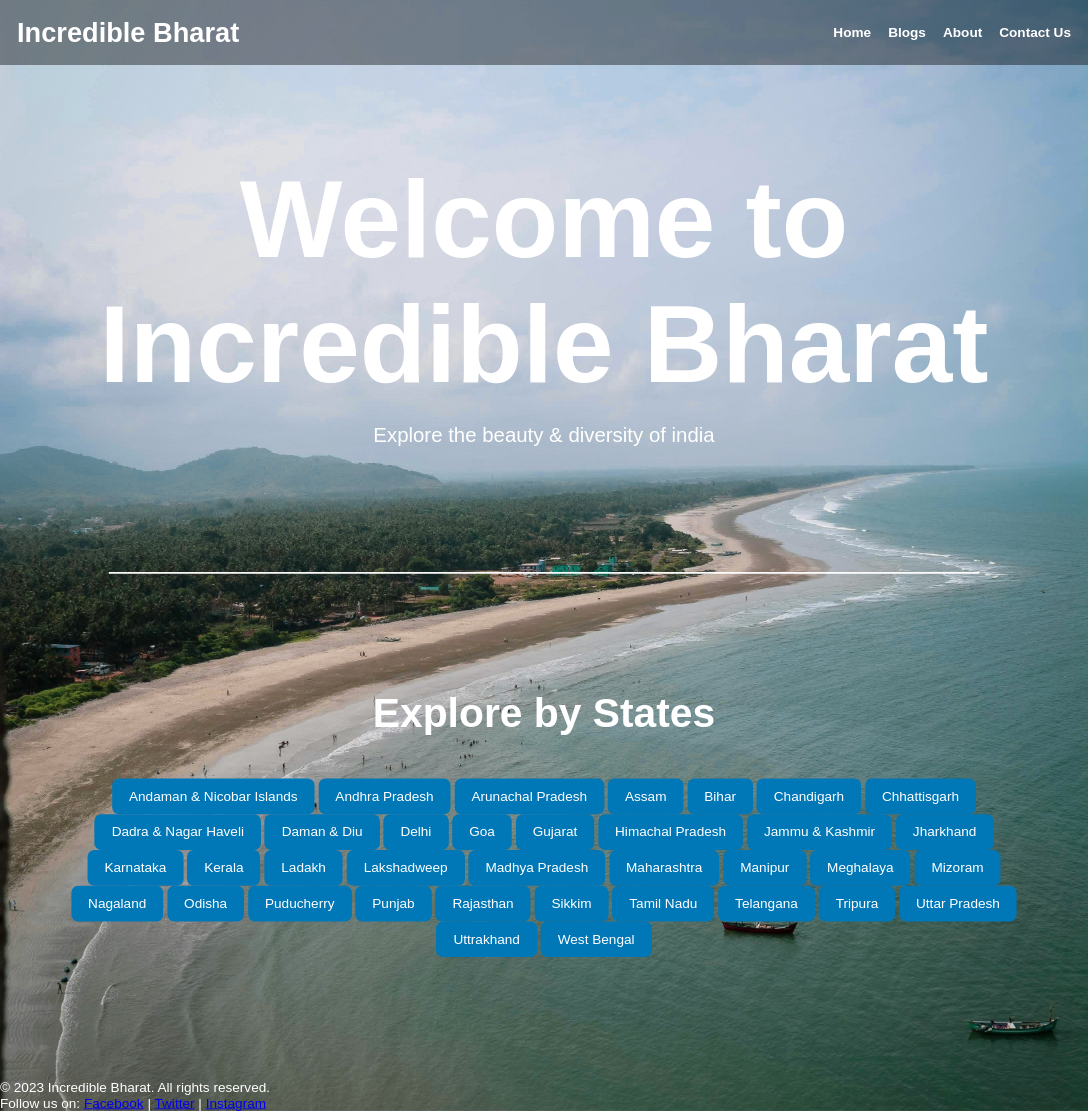
Repository: jaidhiman111/incrediblebharat
Page: index.html
The author's editor kept a copy of each file at every save. The page is drawn from the files as they stood at one save, then again after the next save.
The browser window is 1280 px wide. The pictures show the whole page, at 85% of full size.

Above is the page before, as saved 2025-04-30 22:28:59.

### index.html
<!DOCTYPE html>
<html lang="en">
<head>
    <meta charset="UTF-8">
    <link rel="stylesheet" href="/assets/style.css">
    <meta name="viewport" content="width=device-width, initial-scale=1.0">
    <title>Document</title>
</head>
<body>
    <!-- This is the header of the page. -->
    <header class="header">
        <div class="logo">
            <h1>Incredible Bharat</h1>
        </div>
        <div class="nav">
            <nav>
                <ul>
                    <li>
                        <a href="#">Home</a>
                        <a href="#">Blogs</a>
                        <a href="#">About</a>
                        <a href="#">Contact Us</a>
                    </li>
                </ul>
            </nav>
        </div>
    </header>
    <!-- This is the main content of the page. -->
     <main class="main-container">
        <section class="hero-section">
            <h2>Welcome to Incredible Bharat</h2>
            <a href="#">Explore the beauty & diversity of india</a>
        </section>
        <hr>
        <section class="state-section">
        <div>
            <h2>Explore by States</h2>
        </div>
        <div class="state-button">
            <button type="button"><a href="#">Andaman & Nicobar Islands</a></button>
            <button type="button"><a href="#">Andhra Pradesh</a></button>
            <button type="button"><a href="#">Arunachal Pradesh</a></button>
            <button type="button"><a href="#">Assam</a></button>
            <button type="button"><a href="#">Bihar</a></button>
            <button type="button"><a href="#">Chandigarh</a></button>
            <button type="button"><a href="#">Chhattisgarh</a></button>
            <button type="button"><a href="#">Dadra & Nagar Haveli</a></button>
            <button type="button"><a href="#">Daman & Diu</a></button>
            <button type="button"><a href="#">Delhi</a></button>
            <button type="button"><a href="#">Goa</a></button>
            <button type="button"><a href="#">Gujarat</a></button>
            <button type="button"><a href="#">Himachal Pradesh</a></button>
            <button type="button"><a href="#">Jammu & Kashmir</a></button>
            <button type="button"><a href="#">Jharkhand</a></button>
            <button type="button"><a href="#">Karnataka</a></button>
            <button type="button"><a href="#">Kerala</a></button>
            <button type="button"><a href="#">Ladakh</a></button>
            <button type="button"><a href="#">Lakshadweep</a></button>
            <button type="button"><a href="#">Madhya Pradesh</a></button>
            <button type="button"><a href="#">Maharashtra</a></button>
            <button type="button"><a href="#">Manipur</a></button>
            <button type="button"><a href="#">Meghalaya</a></button>
            <button type="button"><a href="#">Mizoram</a></button>
            <button type="button"><a href="#">Nagaland</a></button>
            <button type="button"><a href="#">Odisha</a></button>
            <button type="button"><a href="#">Puducherry</a></button>
            <button type="button"><a href="#">Punjab</a></button>
            <button type="button"><a href="#">Rajasthan</a></button>
            <button type="button"><a href="#">Sikkim</a></button>
            <button type="button"><a href="#">Tamil Nadu</a></button>
            <button type="button"><a href="#">Telangana</a></button>
            <button type="button"><a href="#">Tripura</a></button>
            <button type="button"><a href="#">Uttar Pradesh</a></button>
            <button type="button"><a href="#">Uttrakhand</a></button>
            <button type="button"><a href="#">West Bengal</a></button>
            </div>
        </section>
     </main>
     <!-- This is the footer of the page. -->
      <footer class="footer">
        <div>
            <p>&copy; 2023 Incredible Bharat. All rights reserved.</p>
            <p>Follow us on:
                <a href="#">Facebook</a> |
                <a href="#">Twitter</a> |
                <a href="#">Instagram</a>
        </div>
      </footer>
</body>
</html>

### assets/style.css
* {
    box-sizing: border-box;
    margin: 0;
    padding: 0;
}

body {
    font-family: Arial, sans-serif;
    background-image: url('/media/bg-cover.jpg');
    background-size: cover;
    background-repeat: no-repeat;
    background-position: center;
    color: #fff;
}

/* This is for header */
.header {
    background-color: rgba(0, 0, 0, 0.4);
    display: flex;
    justify-content: space-between;
    align-items: center;
    padding: 20px;
    position: sticky;
    top: 0;
    text-align: center;
}

li {
    list-style: none;
    display: flex;
    gap: 20px;
}

li a {
    text-decoration: none;
    color: #fff;
    font-weight: bold;
}

a:hover {
    color: #ff6347;
}

/* This is for section */
.hero-section {
    display: flex;
    flex-direction: column;    /* stack items vertically */
    justify-content: center;   /* center vertically */
    align-items: center;       /* center horizontally */
    height: 80vh;
    text-align: center;
}

.hero-section h2 {
    font-size: 8rem;
    margin-bottom: 20px;
}

.hero-section a {
    text-decoration: none;
    color: #fff;
    font-size: 1.5rem;
    margin-bottom: 20px;
}

.hero-section a:hover {
    color: #fff;
    text-decoration: underline;
    transform: scale(1.1);
    transition: transform 0.3s ease-in-out;
}

hr {
    width: 80%;
    margin: 20px auto;
    border: 1px solid #fff;
}

.state-section {
    display: flex;
    flex-direction: column;    /* stack items vertically */
    justify-content: center;
    align-items: center;
    height: 80vh;
    text-align: center;
}

.state-section h2 {
    font-size: 3rem;
    margin-bottom: 20px;
}

.state-button {
    padding: 30px;
    max-width: 1200px;
    margin: 0 auto;
  }

  .state-button button {
    background-color: #0077b6;  /* Soft blue */
    border: none;
    border-radius: 8px;
    padding: 12px 20px;
    cursor: pointer;
    transition: background-color 0.3s ease;
    font-size: 16px;
    font-weight: 500;
  }

  .state-button button a {
    color: #ffffff;
    text-decoration: none;
    display: block;
    width: 100%;
    height: 100%;
  }

  .state-button button:hover {
    background-color: #023e8a; /* Darker blue on hover */
  }

After the next save:
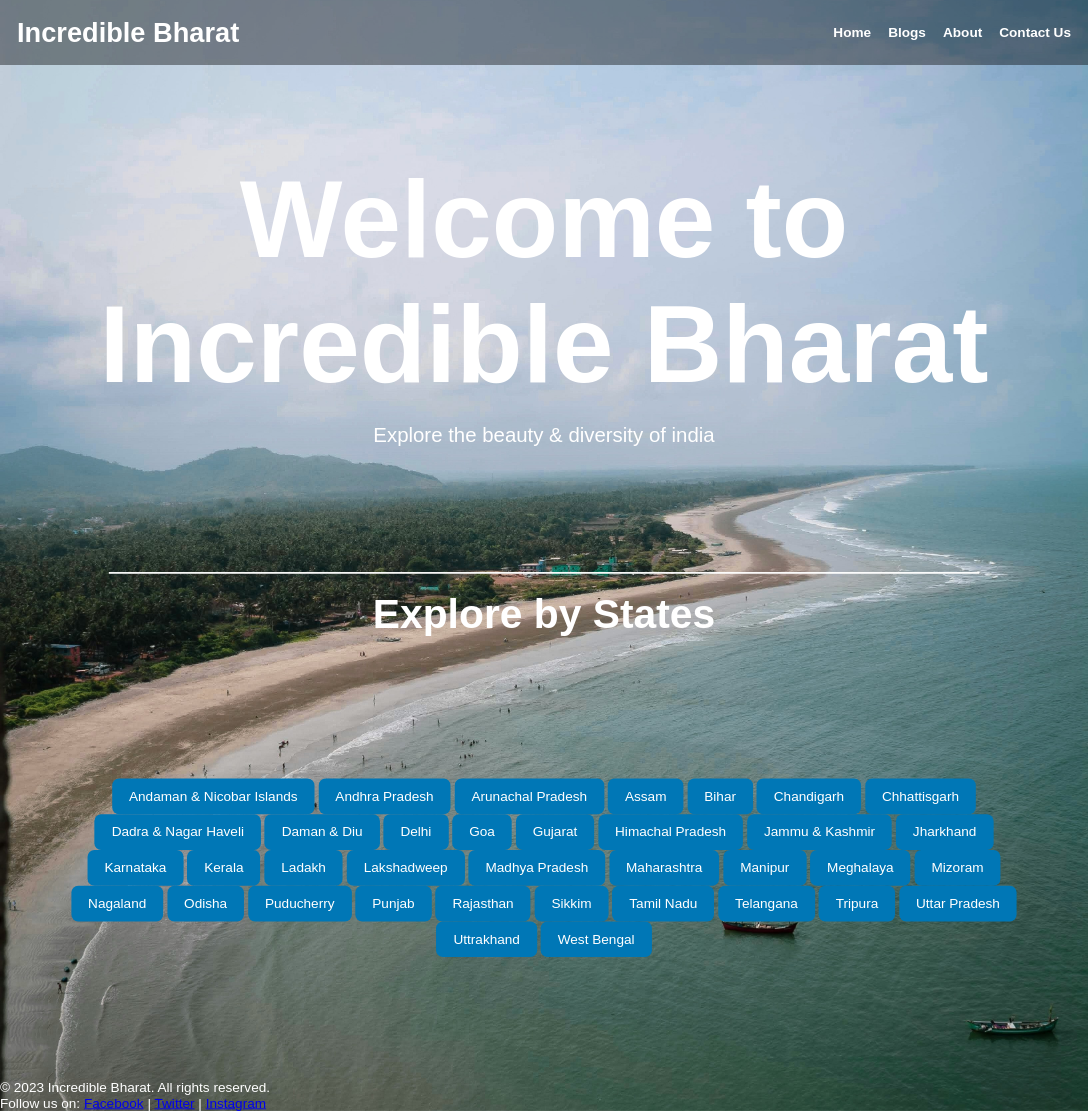
Saved 9 s later.
--- a/assets/style.css
+++ b/assets/style.css
@@ -93,7 +93,7 @@
 .state-button {
     padding: 30px;
     max-width: 1200px;
-    margin: 0 auto;
+    margin: auto;
   }
 
   .state-button button {

After the save that followed:
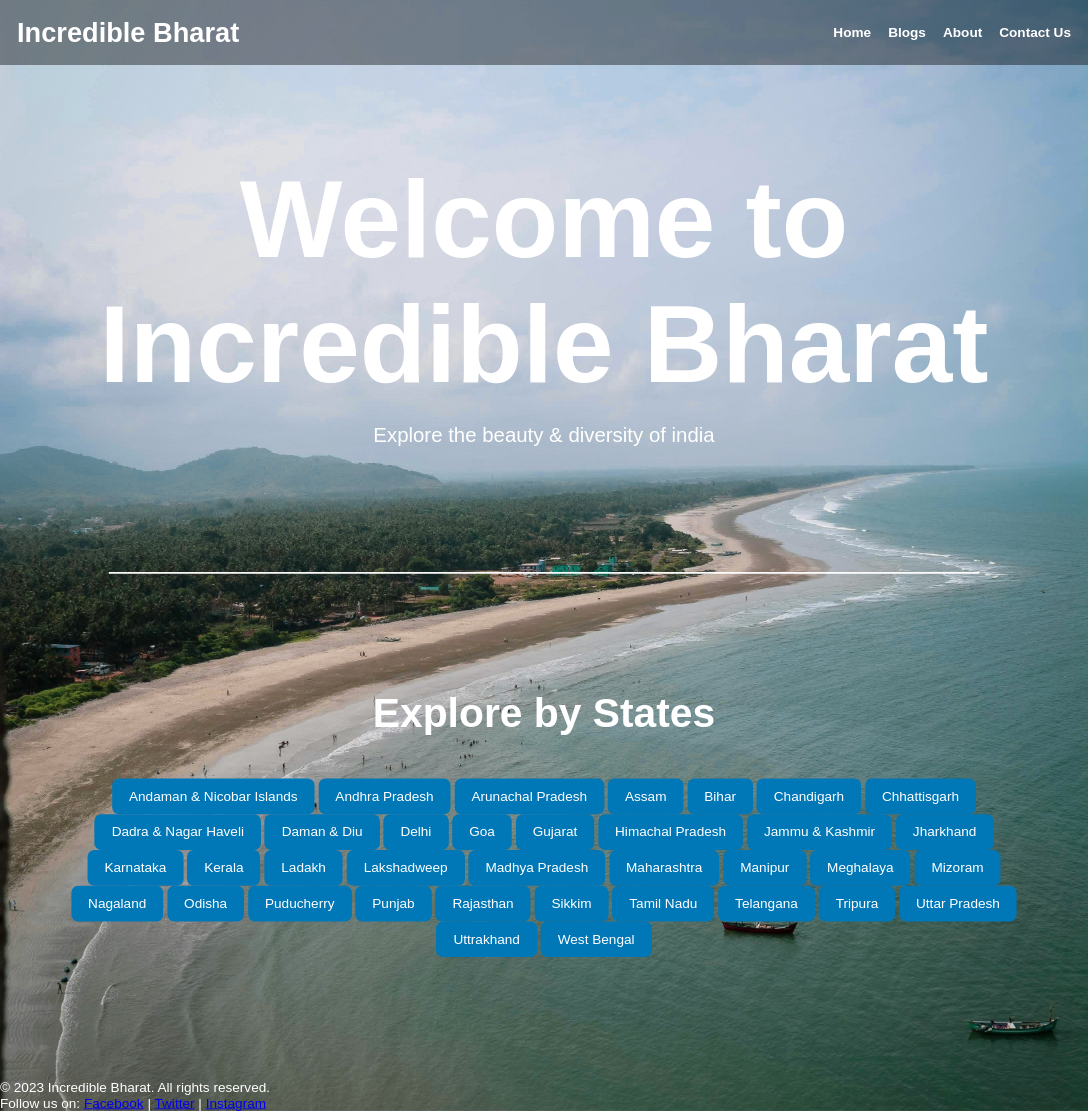
Saved 5 s later.
--- a/assets/style.css
+++ b/assets/style.css
@@ -93,7 +93,7 @@
 .state-button {
     padding: 30px;
     max-width: 1200px;
-    margin: auto;
+    margin: 0 auto;
   }
 
   .state-button button {
